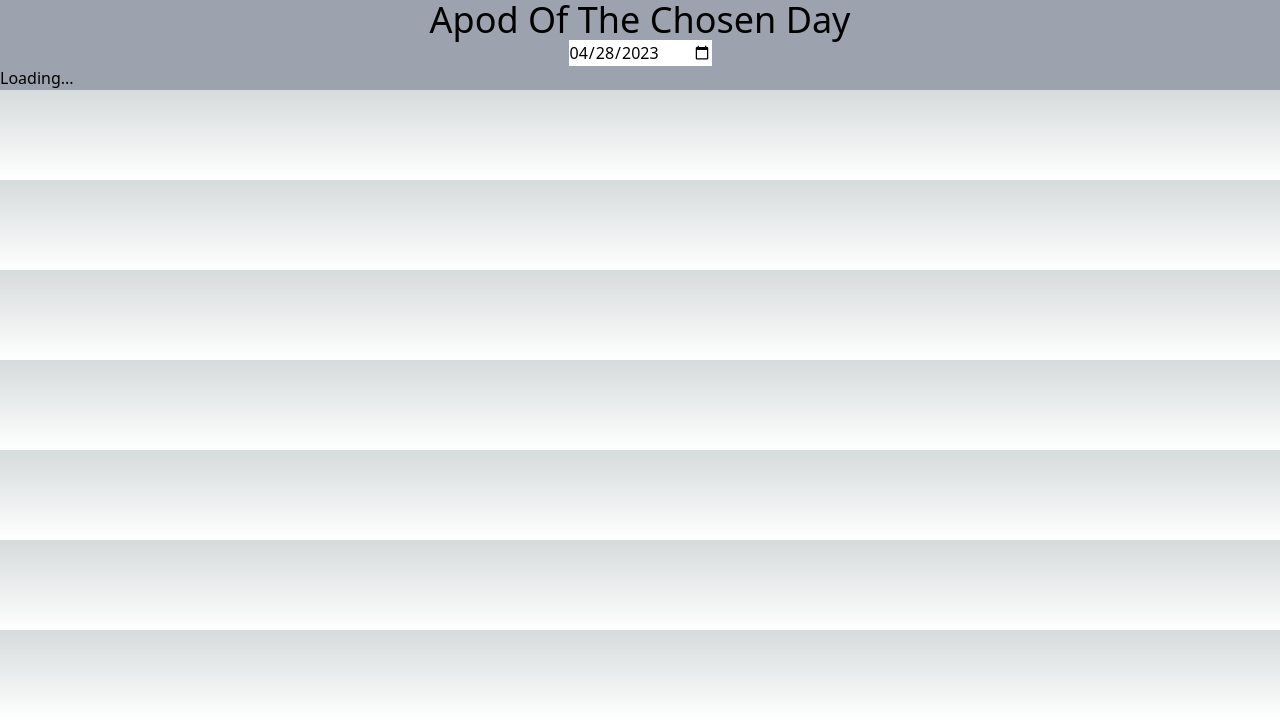
Repository: sercanisli/NasaApod
Page: /
The author's editor kept a copy of each file at every save. The page is drawn from the files as they stood at one save, then again after the next save.
The browser window is 1280 px wide. The pictures show the whole page.
The page's requests for data from a server got no answer. The project was rebuilt for these pictures with package versions that can differ from the ones it lists, and the page was loaded fresh each time. The framework's server and built-in components were replaced by stand-ins that run in the browser. No one was signed in, and anything a server would have sent is missing. Also part of the build but not shown: next.config.js.

Above is the page before, as saved 2023-05-12 02:13:35.

### pages/index.js
import React, { useState } from 'react';
import DateSelector from '../components/DateSelector';
import Apod from '@/components/Apod';

const HomePage = () => {
  const [selectedDate, setSelectedDate] = useState(new Date().toISOString().substr(0, 10));

  const handleDateSelected = (date) => {
    setSelectedDate(date);
  };

  return (
    <div className="bg-gray-400">
      <DateSelector onDateSelected={handleDateSelected} />
      <Apod date={selectedDate} />
    </div>
  );
};

export default HomePage;

### components/DateSelector.js
import React from 'react';

const DateSelector = ({ onDateChange }) => {
  return (
    <div className="flex justify-center ">
      <button onClick={() => onDateChange(new Date())}>
        <span className="text-4xl mb-8">Apod Of The Chosen Day</span>
      </button>
    </div>
  );
};

export default DateSelector;

### components/Apod.js
import React, { useState, useEffect } from 'react';
import axios from 'axios';

const API_KEY = 'EE0ZIoEOksDZKvkNgEcM1TfRaKWtTACerC0GhuJQ';

function Apod() {
  const [apodData, setApodData] = useState(null);
  const [selectedDate, setSelectedDate] = useState(new Date());

  useEffect(() => {
    const formatDate = date => {
      const year = date.getFullYear();
      const month = (date.getMonth() + 1).toString().padStart(2, '0');
      const day = date.getDate().toString().padStart(2, '0');
      return `${year}-${month}-${day}`;
    }

    const fetchApodData = async () => {
      try {
        const response = await axios.get(`https://api.nasa.gov/planetary/apod?api_key=${API_KEY}&date=${formatDate(selectedDate)}`);
        setApodData(response.data);
      } catch (error) {
        console.error(error);
      }
    };

    fetchApodData();
  }, [selectedDate]);

  const handleDateChange = event => {
    const selectedDate = new Date(event.target.value);
    setSelectedDate(selectedDate);
  };

  return (
    <div>
        <div className="flex justify-center">
            <input type="date" value={selectedDate.toISOString().substr(0, 10)} onChange={handleDateChange} />
        </div>
      {apodData ? (
        <div>
          <h1>{apodData.title}</h1>
          <img src={apodData.url} alt={apodData.title} />
          <p>{apodData.explanation}</p>
        </div>
      ) : (
        <p>Loading...</p>
      )}
    </div>
  );
}

export default Apod;

Loaded but not shown: pages/_app.js (common file); pages/_document.js (common file); styles/globals.css (common file); tailwind.config.js (common file)

After the next save:
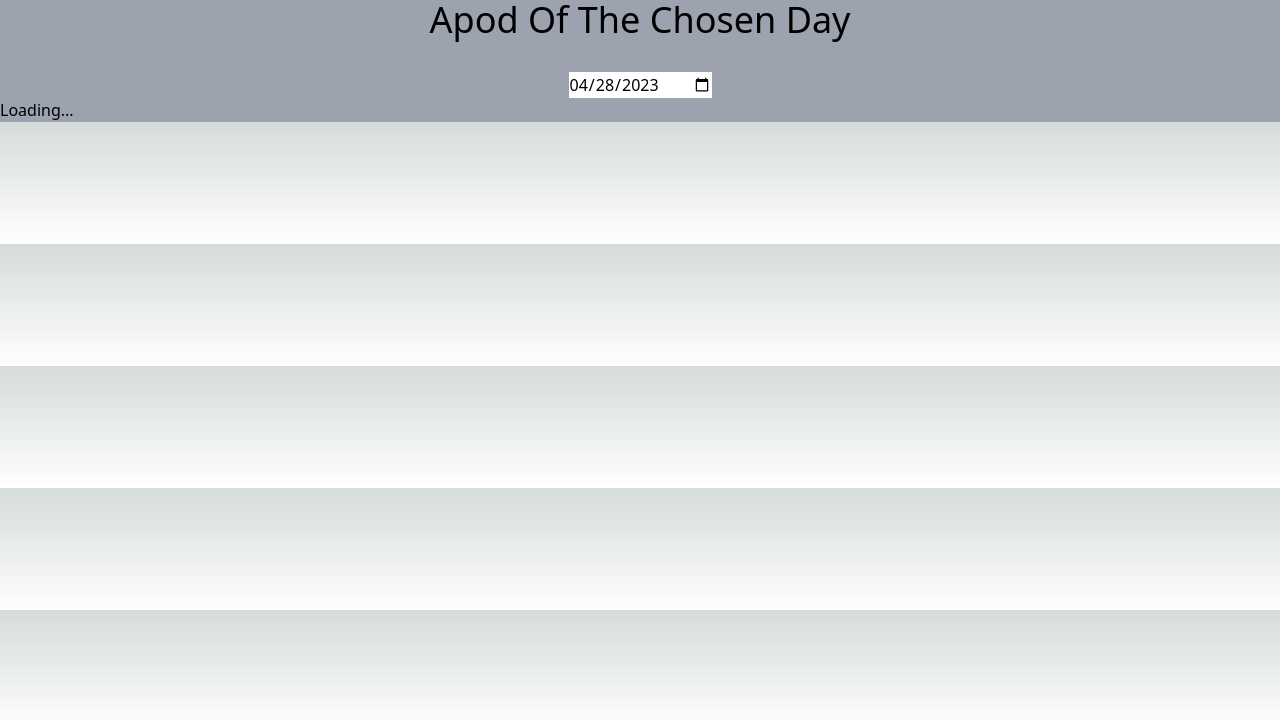
Saved 14 s later.
--- a/components/DateSelector.js
+++ b/components/DateSelector.js
@@ -2,9 +2,9 @@ import React from 'react';
 
 const DateSelector = ({ onDateChange }) => {
   return (
-    <div className="flex justify-center ">
+    <div className="flex justify-center mb-8">
       <button onClick={() => onDateChange(new Date())}>
-        <span className="text-4xl mb-8">Apod Of The Chosen Day</span>
+        <span className="text-4xl ">Apod Of The Chosen Day</span>
       </button>
     </div>
   );
